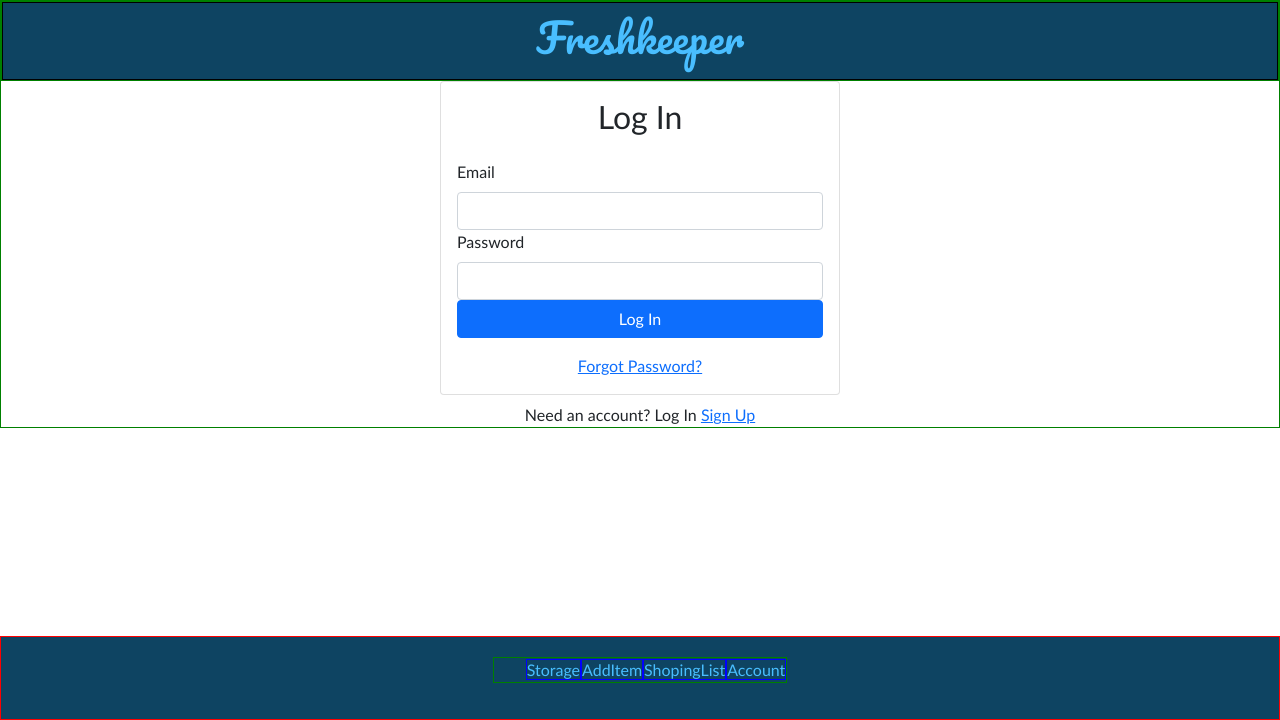
Repository: patrik-fredlund/freshkeeper-repo
Page: /
An editor plug-in stored every save of this project. The page is shown before and after the next save, followed by the edit.
The browser window is 1280 px wide. The pictures show the whole page.
The project was rebuilt for these pictures with package versions that can differ from the ones it lists, and the page was loaded fresh each time. Also part of the build but not shown: src/components/Signup.js, src/components/Account.js, src/components/ForgotPassword.js, src/components/UpdateProfile.js, src/components/Storage.js, src/components/Shopinglist.js, src/components/AddItem.js.

Above is the page before, as saved 2021-10-18 13:44:20.

### public/index.html
<!DOCTYPE html>
<html lang="en">

<head>
  <meta charset="utf-8" />
  <link rel="icon" href="%PUBLIC_URL%/favicon.ico" />
  <meta name="viewport" content="width=device-width, initial-scale=1" />
  <meta name="theme-color" content="#000000" />
  <meta name="description" content="Web site created using create-react-app" />
  <link rel="apple-touch-icon" href="%PUBLIC_URL%/logo192.png" />

  <link rel="manifest" href="%PUBLIC_URL%/manifest.json" />

  <title>Freshkeeper</title>
</head>

<body>
  <noscript>You need to enable JavaScript to run this app.</noscript>
  <div id="root"></div>

</body>

</html>

### src/index.js
import React from 'react';
import ReactDOM from 'react-dom';
import App from './components/App';
import 'bootstrap/dist/css/bootstrap.min.css';

ReactDOM.render(
  <React.StrictMode>
    <App />
  </React.StrictMode>,
  document.getElementById('root')
);

### src/components/App.js
import { Container } from 'react-bootstrap';
import '../App.css';
import Signup from './Signup';
import { AuthProvider } from '../context/AuthContext';
import { BrowserRouter as Router, Switch, Route } from 'react-router-dom';
import Account from './Account';
import Login from './Login';
import PrivateRoute from './PrivateRoute';
import ForgotPassword from './ForgotPassword';
import UpdateProfile from './UpdateProfile';
import Storage from './Storage';
import { AppWrap } from './appStyles';
import Header from './header/header';
import ShopingList from './Shopinglist';
import AddItem from './AddItem';
import Navbar from './navbar/Navbar';

function App() {
  return (
    <>
      <AppWrap>
        <Header />
        <Container
          className='d-flex align-items-center justify-content-center'
          // style={{ minHeight: '10vh' }}
        >
          <div className='w-100' style={{ maxWidth: '400px' }}>
            <Router>
              <AuthProvider>
                <Switch>
                  <PrivateRoute exact path='/' component={Storage} />
                  <PrivateRoute path='/additem' component={AddItem} />
                  <PrivateRoute path='/shopinglist' component={ShopingList} />
                  <PrivateRoute path='/account' component={Account} />
                  <PrivateRoute
                    path='/update-profile'
                    component={UpdateProfile}
                  />
                  <Route path='/signup' component={Signup} />
                  <Route path='/login' component={Login} />
                  <Route path='/forgot-password' component={ForgotPassword} />
                </Switch>
              </AuthProvider>
            </Router>
          </div>
        </Container>
      </AppWrap>
      <Navbar />
    </>
  );
}

export default App;

### src/App.css
@import url('https://fonts.googleapis.com/css2?family=Pacifico&display=swap');

* {
  box-sizing: border-box;
  margin: 0;
  padding: 0;
  font-family: 'Gill Sans', 'Gill Sans MT', Calibri, 'Trebuchet MS', sans-serif;
}

.container {
  display: flex;
  flex-direction: column;
  justify-content: center;
  align-items: center;
}

.top_nav {
  display: flex;
  flex-direction: row;
  justify-content: center;
  align-items: center;
  padding: 14px 16px 14px 18px;

  position: absolute;
  width: 414px;
  height: 65px;
  left: 0px;
  top: 0px;

  background: #0e4462;
  border-radius: 4px;
}

.freshkeeper_header {
  position: static;

  font-family: 'Pacifico', cursive;

  font-weight: normal;
  font-size: 20px;

  display: flex;
  align-items: center;
  text-align: center;

  color: #49beff;

  /* Inside Auto Layout */

  flex: none;
  order: 0;
  flex-grow: 0;
  margin: 0px 10px;
}

### src/context/AuthContext.js
import React, { useContext, useState, useEffect } from 'react';
import { auth } from '../firebase';

const AuthContext = React.createContext();

export function useAuth() {
  return useContext(AuthContext);
}

export function AuthProvider({ children }) {
  const [currentUser, setCurrentUser] = useState();
  const [loading, setLoading] = useState(true);

  function signup(email, password) {
    return auth.createUserWithEmailAndPassword(email, password);
  }

  function login(email, password) {
    return auth.signInWithEmailAndPassword(email, password);
  }

  function logout() {
    return auth.signOut();
  }

  function resetPassword(email) {
    return auth.sendPasswordResetEmail(email);
  }

  function updateEmail(email) {
    return currentUser.updateEmail(email);
  }

  function updatePassword(password) {
    return currentUser.updatePassword(password);
  }

  useEffect(() => {
    const unsubscribe = auth.onAuthStateChanged((user) => {
      setCurrentUser(user);
      setLoading(false);
    });
    return unsubscribe;
  }, []);

  const value = {
    currentUser,
    login,
    signup,
    logout,
    resetPassword,
    updateEmail,
    updatePassword,
  };

  return (
    <AuthContext.Provider value={value}>
      {!loading && children}
    </AuthContext.Provider>
  );
}

### src/components/Login.js
import React, { useRef, useState } from 'react';
import { Form, Button, Card, Alert } from 'react-bootstrap';
import { useAuth } from '../context/AuthContext';
import { Link, useHistory } from 'react-router-dom';

export default function Login() {
  const emailRef = useRef();
  const passwordRef = useRef();
  const { login } = useAuth();
  const [error, setError] = useState('');
  const [loading, setLoading] = useState(false);
  const history = useHistory();

  async function handleSubmit(e) {
    e.preventDefault();

    try {
      setError('');
      setLoading(true);
      await login(emailRef.current.value, passwordRef.current.value);
      history.push('/');
    } catch {
      setError('Failed to Log In');
    }

    setLoading(false);
  }

  return (
    <>
      <Card>
        <Card.Body>
          <h2 className='text-center mb-4'>Log In</h2>

          {error && <Alert variant='danger'>{error}</Alert>}
          <Form onSubmit={handleSubmit}>
            <Form.Group id='email'>
              <Form.Label>Email</Form.Label>
              <Form.Control type='email' ref={emailRef} required />
            </Form.Group>
            <Form.Group id='password'>
              <Form.Label>Password</Form.Label>
              <Form.Control type='password' ref={passwordRef} required />
            </Form.Group>

            <Button disabled={loading} className='w-100' type='submit'>
              Log In
            </Button>
          </Form>
          <div className='w-100 text-center mt-3'>
            <Link to='/forgot-password'>Forgot Password?</Link>
          </div>
        </Card.Body>
      </Card>
      <div className='w-100 text-center mt-2'>
        Need an account? Log In <Link to='/signup'>Sign Up </Link>
      </div>
    </>
  );
}

### src/components/PrivateRoute.js
import React from 'react';
import { Route, Redirect } from 'react-router-dom';
import { useAuth } from '../context/AuthContext';

export default function PrivateRoute({ component: Component, ...rest }) {
  const { currentUser } = useAuth();

  return (
    <Route
      {...rest}
      render={(props) => {
        return currentUser ? (
          <Component {...props} />
        ) : (
          <Redirect to='/login' />
        );
      }}
    ></Route>
  );
}

### src/components/appStyles.js
import styled from 'styled-components';

export const AppWrap = styled.div`
  /* display: flex;
  flex-flow: column; */
  width: 100%;
  border: 1px solid green;
  /* height: 400px; */
`;

### src/components/header/header.js
import React from 'react';
import GlobalStyle from '../globalStyles';
import { HeaderWrap } from './headerStyles';

function Header() {
  return (
    <HeaderWrap>
      <GlobalStyle />
      {/* <div className='top_nav'>
        <h2 className='freshkeeper_header'>Freshkeeper</h2>
      </div> */}
      <div className='headerContainer'>
        <h1>Freshkeeper</h1>
      </div>
    </HeaderWrap>
  );
}

export default Header;

### src/components/navbar/Navbar.js
import React from 'react';
import { AppWrap } from '../appStyles';
import { HeaderWrap } from '../header/headerStyles';
import { MenuList } from './MenuList';
import { NavbarStyles } from './navbarStyles';

const Navbar = () => {
  const menuList = MenuList.map(({ url, title, index }) => {
    return (
      <li key={index}>
        <a href={url}>{title}</a>
      </li>
    );
  });

  return (
    <NavbarStyles>
      <ul className='menu-list'>{menuList} </ul>
    </NavbarStyles>
  );
};

export default Navbar;

### src/firebase.js
import firebase from 'firebase/compat/app';
import 'firebase/compat/auth';

const app = firebase.initializeApp({
  apiKey: process.env.REACT_APP_FIREBASE_API_KEY,
  authDomain: process.env.REACT_APP_FIREBASE_AUTH_DOMAIN,
  projectId: process.env.REACT_APP_FIREBASE_PROJECT_ID,
  storageBucket: process.env.REACT_APP_FIREBASE_STORAGE_BUCKET,
  messagingSenderId: process.env.REACT_APP_FIREBASE_MESSAGE_SENDER_ID,
  appId: process.env.REACT_APP_FIREBASE_APP_ID,
});

export const auth = app.auth();
export default app;

### src/components/globalStyles.js
import { createGlobalStyle } from 'styled-components';

const GlobalStyle = createGlobalStyle`
@import url('https://fonts.googleapis.com/css2?family=Pacifico&display=swap');

  h1 {
     font-family: 'pacifico';
  }
`;

export default GlobalStyle;

### src/components/header/headerStyles.js
import styled from 'styled-components';

export const HeaderWrap = styled.div`
  width: 100%;
  border: 1px solid green;

  .headerContainer {
    border: 1px solid black;
    background-color: #0e4462;
    color: #49beff;
    padding: 10px 0;
    display: flex;
    align-items: center;
    justify-content: center;
  }
`;

### src/components/navbar/MenuList.js
export const MenuList = [
  {
    title: 'Storage',
    url: '/',
  },
  {
    title: 'AddItem',
    url: '/additem',
  },
  {
    title: 'ShopingList',
    url: '/shopinglist',
  },
  {
    title: 'Account',
    url: '/account',
  },
];

### src/components/navbar/navbarStyles.js
import styled from 'styled-components';

export const NavbarStyles = styled.div`
  border: 1px solid red;
  display: flex;
  /* max-width: 400px; */
  justify-content: center;
  align-items: center;
  background-color: #0e4462;
  padding: 20px;

  z-index: 99;
  margin: auto;
  width: 100%;
  position: fixed;
  bottom: 0;

  .menu-list {
    display: flex;
    align-items: center;
    list-style-type: none;

    border: 1px solid green;
    justify-content: space-between;
    /* max-width: 400px; */
  }

  a {
    color: #49beff;

    text-decoration: none;
    border: 1px solid blue;
    /* padding: 10px; */
  }
`;

After the next save:
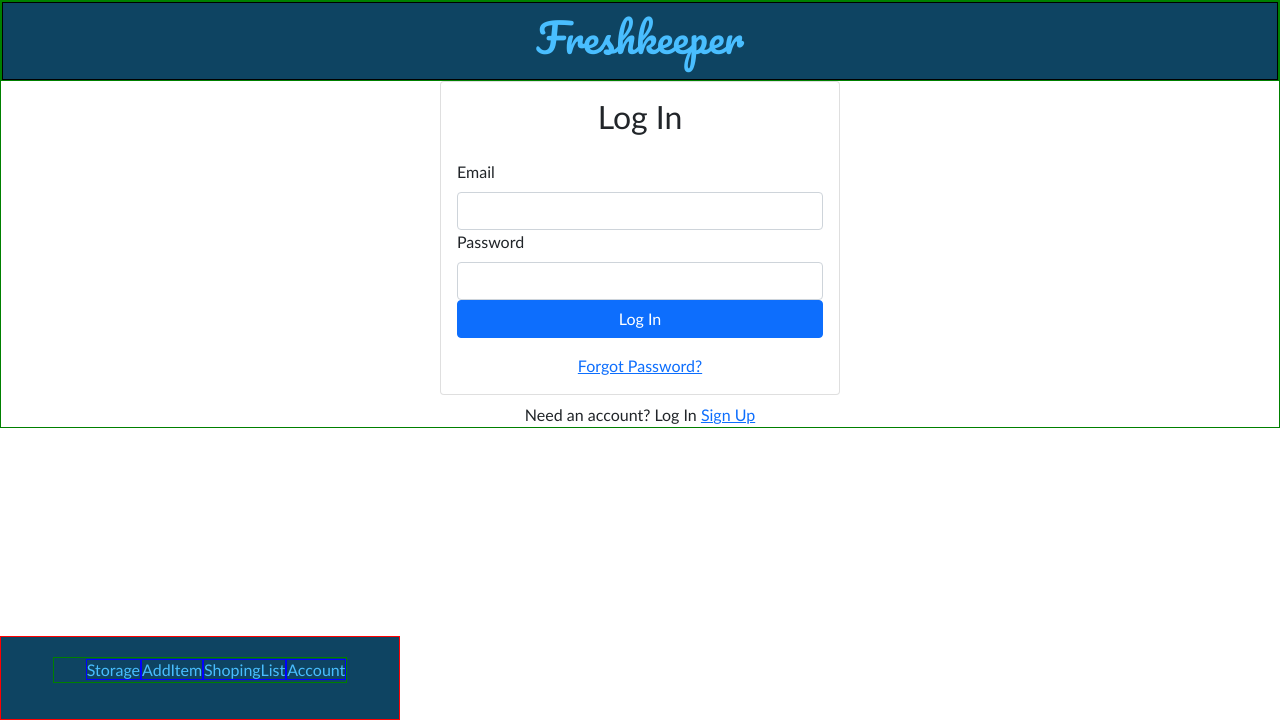
Saved 12 s later.
--- a/src/components/navbar/navbarStyles.js
+++ b/src/components/navbar/navbarStyles.js
@@ -3,7 +3,7 @@
 export const NavbarStyles = styled.div`
   border: 1px solid red;
   display: flex;
-  /* max-width: 400px; */
+  max-width: 400px;
   justify-content: center;
   align-items: center;
   background-color: #0e4462;

After the save that followed:
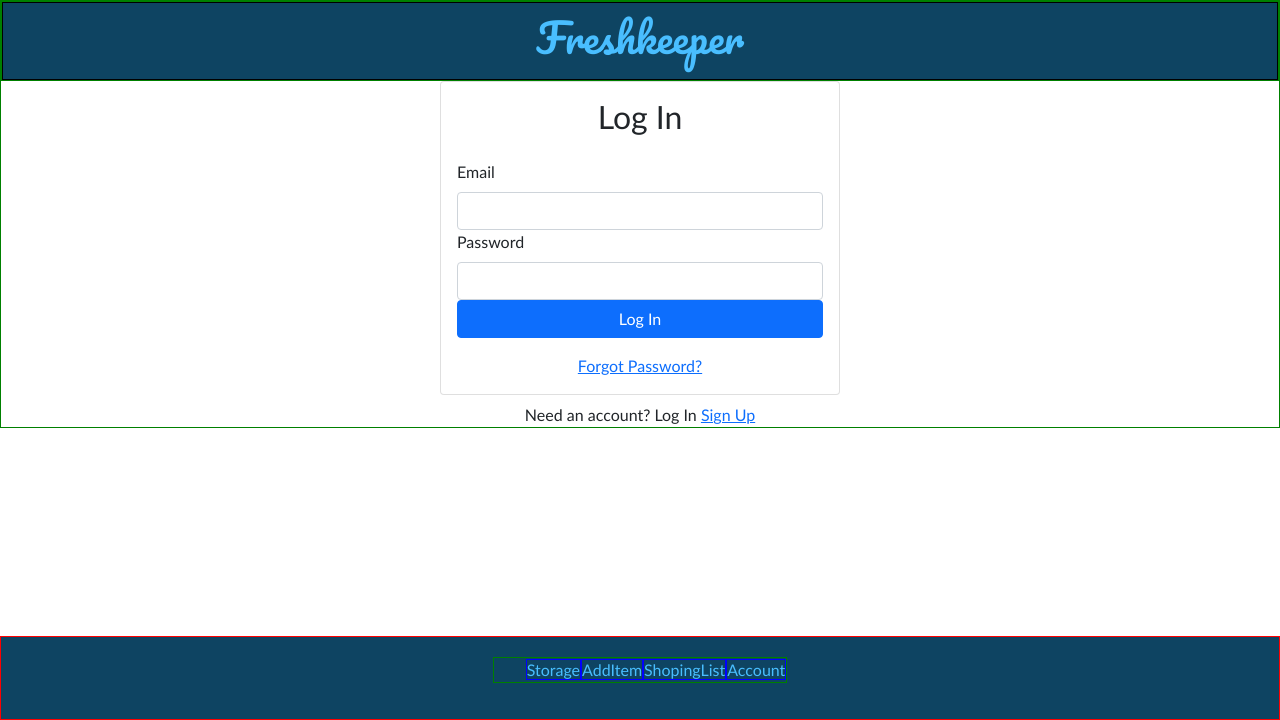
Saved 4 s later.
--- a/src/components/navbar/navbarStyles.js
+++ b/src/components/navbar/navbarStyles.js
@@ -3,7 +3,7 @@
 export const NavbarStyles = styled.div`
   border: 1px solid red;
   display: flex;
-  max-width: 400px;
+
   justify-content: center;
   align-items: center;
   background-color: #0e4462;
